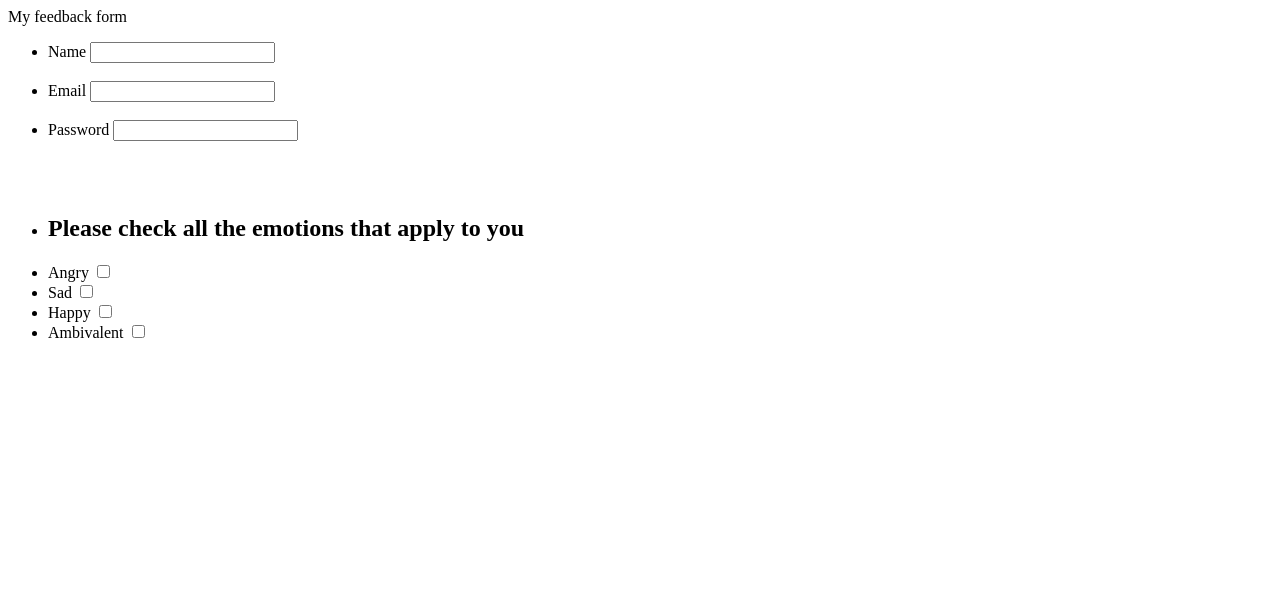
Repository: pratixa-chauhan/practice
Page: view/schedule2.html
An editor plug-in stored every save of this project. The page is shown before and after the next save, followed by the edit.
The browser window is 1280 px wide. The pictures show the whole page.

Above is the page before, as saved 2021-12-20 16:27:22.

### view/schedule2.html
<!DOCTYPE html>
<html>
    <head> My feedback form</head>
    <form style="width: 60%;" >
        <ul>
       <li> <label for="name">Name</label>
        <input type="text" id="name" name="name"></li><br>
        <li>
        <label for="password">Email</label>
        <input type="password" id="pwd" name="pwd"></li><br>
        <li>
        <label for="email">Password</label>
        <input type="email" id="email" name="email"></li><br><br><br>

        <li>
            <h2>Please check all the emotions that apply to you</h2>

        </li>
        <li>
            <label for="angry">Angry</label>
            <input type="checkbox" value="checkbox">
        </li>
        <li>
            <label for="Sad">Sad</label>
            <input type="checkbox" value="checkbox">
        </li>
        <li>
            <label for="Happy">Happy</label>
            <input type="checkbox" value="checkbox">

        </li>
        <li>
            <label for="Ambivalent">Ambivalent</label>
            <input type="checkbox" value="checkbox">
        </li>
        </ul>





        </form>
</html>

After the next save:
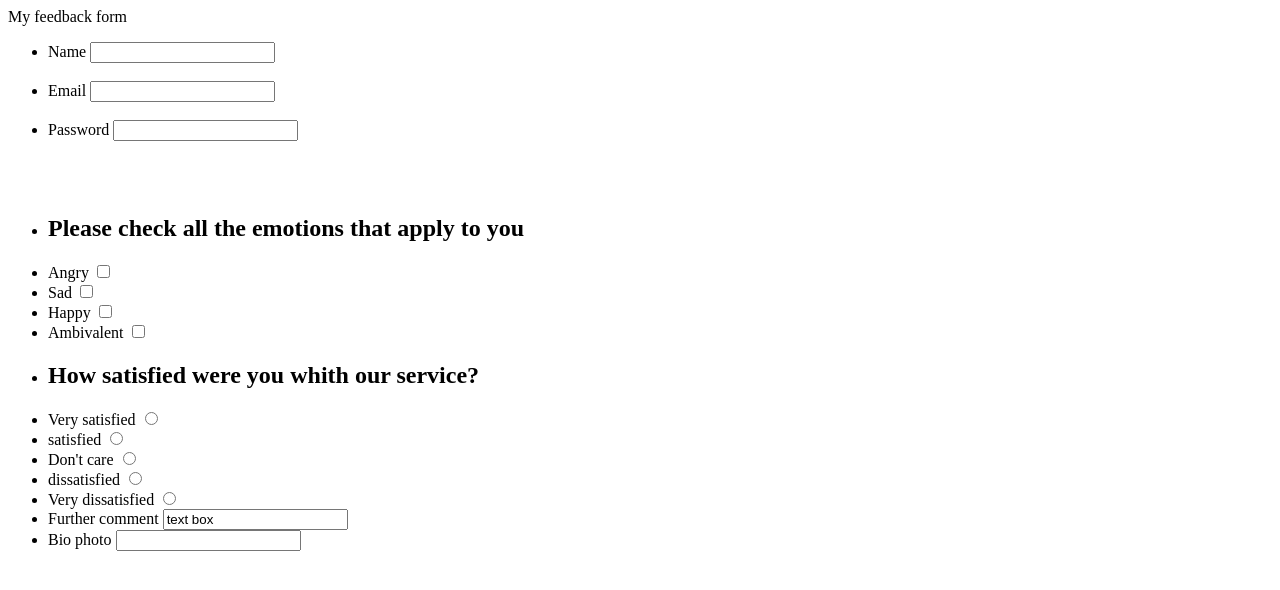
Saved 25 min 2 s later.
--- a/view/schedule2.html
+++ b/view/schedule2.html
@@ -1,7 +1,7 @@
 <!DOCTYPE html>
 <html>
     <head> My feedback form</head>
-    <form style="width: 60%;" >
+    <form action="action_page.php" >
         <ul>
        <li> <label for="name">Name</label>
         <input type="text" id="name" name="name"></li><br>
@@ -33,7 +33,39 @@
             <label for="Ambivalent">Ambivalent</label>
             <input type="checkbox" value="checkbox">
         </li>
+        <li>
+        <h2>How satisfied were you whith our service?</h2>
+        </li>
+        <li>
+            <label for="very satisfied">Very satisfied</label>
+            <input type="radio" value="radio">
+        </li>
+        <li>
+            <label for="satisfied">satisfied</label>
+            <input type="radio" value="radio">
+        </li>
+        <li>
+            <label for="Don't care">Don't care</label>
+            <input type="radio" value="radio">
+        </li>
+        <li>
+            <label for="Dissatified">dissatisfied</label>
+            <input type="radio" value="radio">
+        </li>
+        <li>
+            <label for="very dissatisfied">Very dissatisfied</label>
+            <input type="radio" value="radio">
+        </li>
+        <li>
+            <label for="comment">Further comment</label>
+            <input type="text" value="text box" width="50px" height="30px">
+        </li>
+        <li>
+            <label for="photo">Bio photo</label>
+            <input type="img" src="download.jpg">
+        </li>
         </ul>
+
 
 
 
